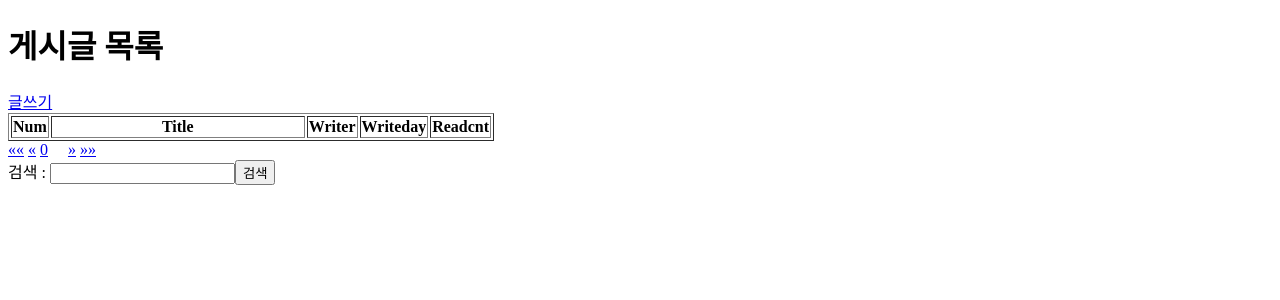
Repository: sanghshlsh/workspace_jsp
Page: http://localhost/Board3/list.jsp
The author's editor kept a copy of each file at every save. The page is drawn from the files as they stood at one save, then again after the next save.
The browser window is 1280 px wide. The pictures show the whole page.
The page is served by Tomcat 9. The template is opened directly, without the code that normally fills it, so the values that code supplies are empty.

Above is the page before, as saved 2020-06-09 03:35:20.

After the next save:
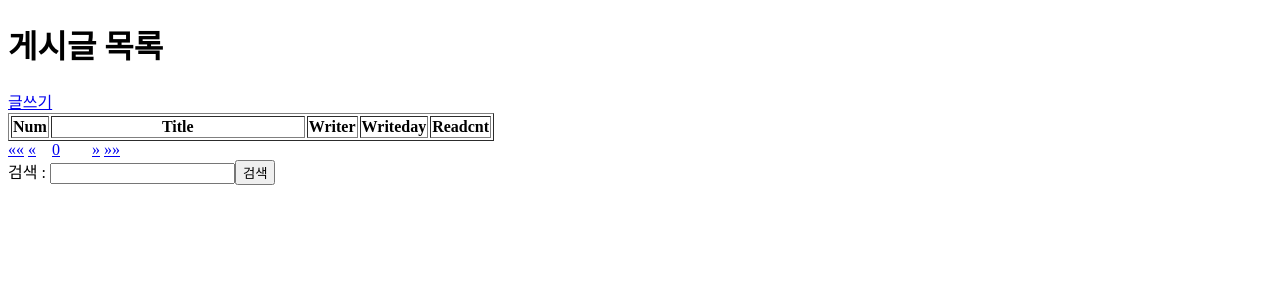
Saved 83 s later.
--- a/Board3/WebContent/list.jsp
+++ b/Board3/WebContent/list.jsp
@@ -48,7 +48,7 @@ ${dto.title}</a></td>
 </table>
 <a href="list.do?curPage=${to.beginPageNum>10?to.beginPageNum-10:to.beginPageNum }">&laquo;&laquo;</a>
 <a href="list.do?curPage=${to.curPage>1?to.curPage-1:to.curPage}">&laquo;</a>
-
+&nbsp;&nbsp;
 
 <c:forEach begin="${to.beginPageNum }" end="${to.stopPageNum }" var="idx">
 
@@ -61,7 +61,7 @@ ${dto.title}</a></td>
 </c:if>
 
 </c:forEach>
-
+&nbsp;&nbsp;
 <a href="list.do?curPage=${to.curPage<to.totalPage?to.curPage+1:to.stopPageNum}">&raquo;</a>
 <a href="list.do?curPage=${to.stopPageNum<to.totalPage?to.stopPageNum+1:to.stopPageNum}">&raquo;&raquo;</a>
 <form action="search.do?title=">
